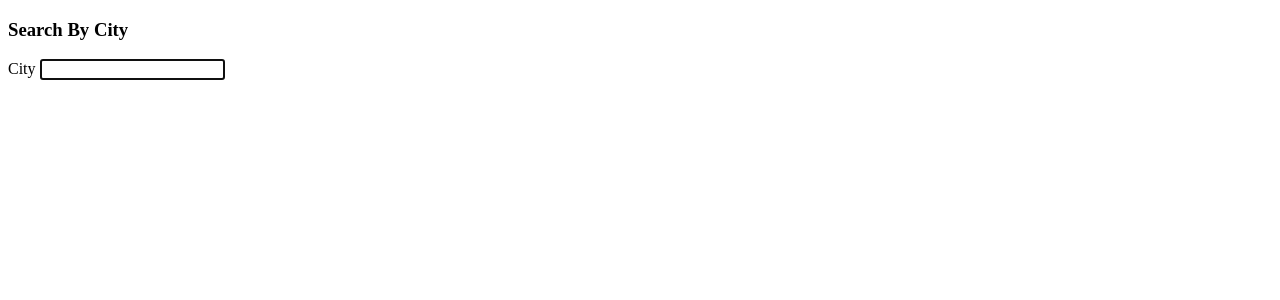
Repository: UPye/WeatherDashboard
Page: Index.html
An editor plug-in stored every save of this project. The page is shown before and after a run of saves, followed by the edit.
The browser window is 1280 px wide. The pictures show the whole page.

Above is the page before, as saved 2021-01-31 15:29:28.

### Index.html
<!DOCTYPE html>
<html lang="en">
<head>
    <meta charset="UTF-8">
    <meta name="viewport" content="width=device-width, initial-scale=1.0">
    <title>Weather Dashboard</title>
</head>
<body>




    <main class="flex-row justify-space-between">
        <div class="col-12 col-md-4">
            <div class="card">
                <h3 class="card-header">
                    Search By City
                </h3>
                <form id="city-form" class="card-body">
                    <label for="city" class="from-label">City</label>
                    <input type="text" id="city" autofocus="true" class="form-input">
                </form>
            </div>
        </div>
    </main>
</body>
</html>

After the next 3 saves:
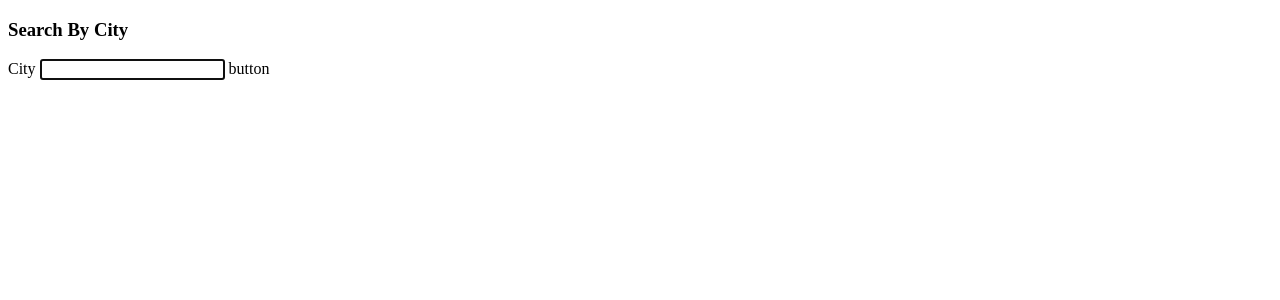
The 3 saves are shown as one change because they came seconds apart.
The last was saved 14 s later.
--- a/Index.html
+++ b/Index.html
@@ -18,7 +18,8 @@
                 </h3>
                 <form id="city-form" class="card-body">
                     <label for="city" class="from-label">City</label>
-                    <input type="text" id="city" autofocus="true" class="form-input">
+                    <input type="text" id="city" autofocus="true" class="form-input" />
+                    button
                 </form>
             </div>
         </div>
